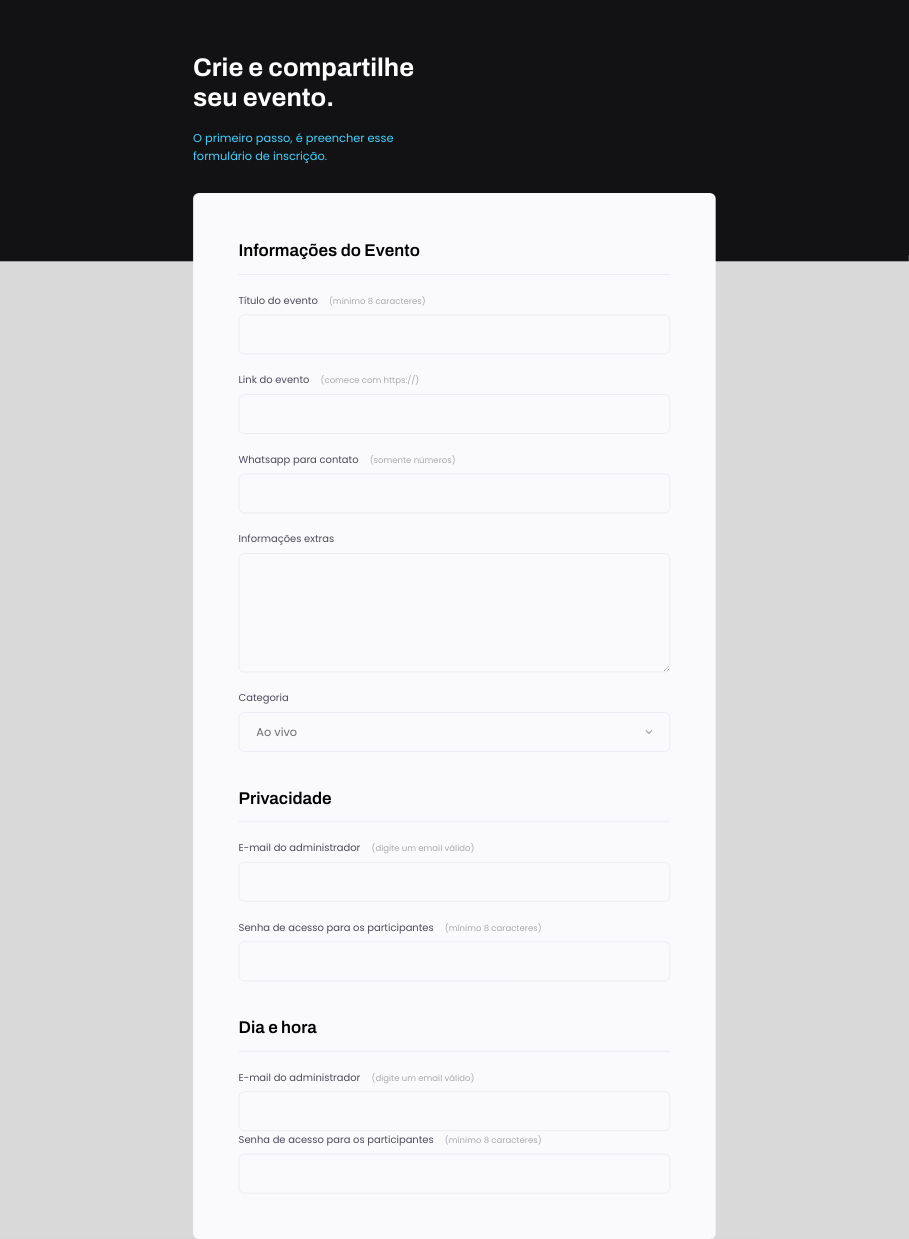
Repository: devMuriloOliveira/Formulario
Page: index.html
An editor plug-in stored every save of this project. The page is shown before and after the next save, followed by the edit.
The browser window is 1280 px wide. The pictures show the whole page, at 71% of full size.

Above is the page before, as saved 2023-11-02 21:11:57.

After the next save:
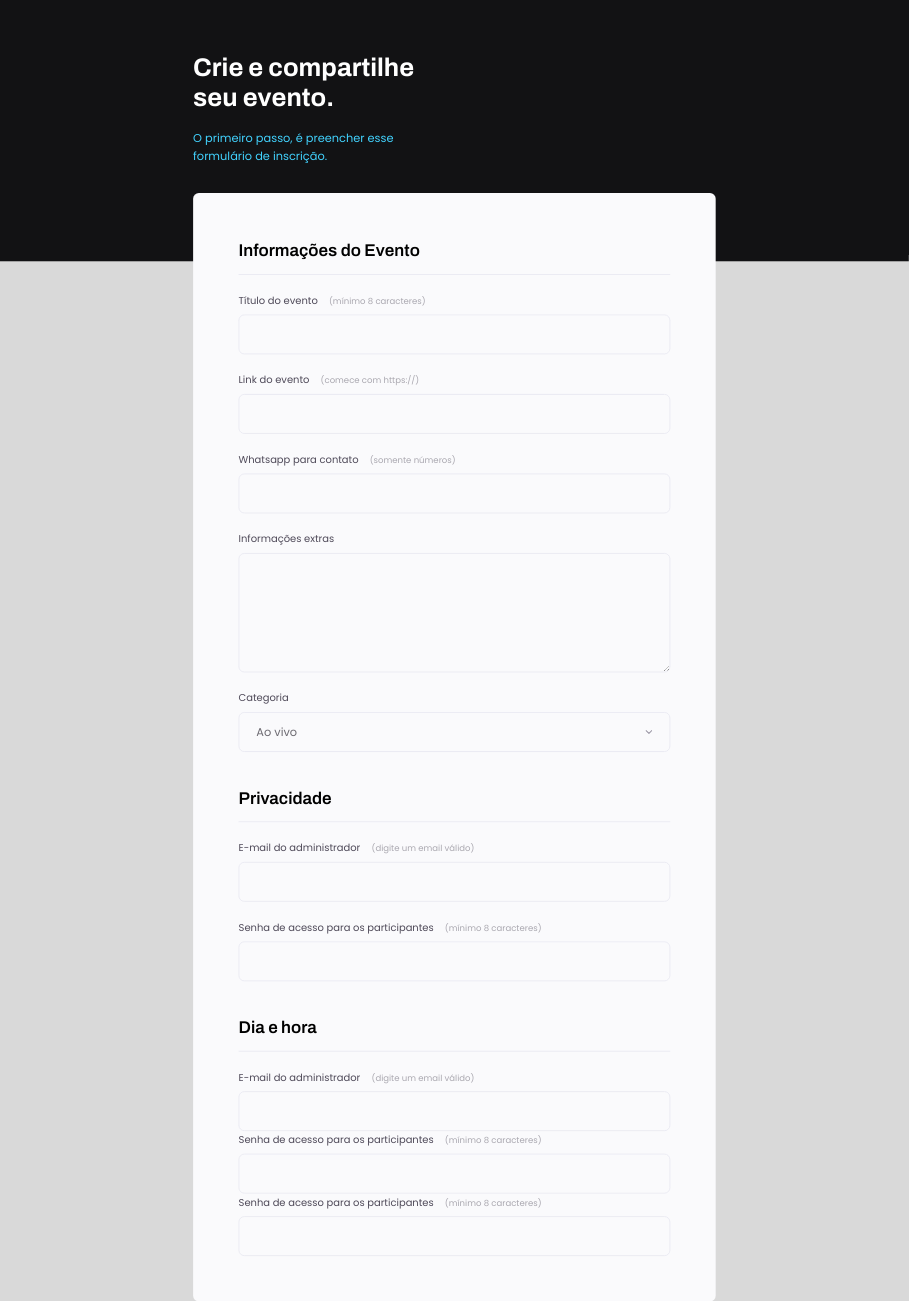
Saved 27 s later.
--- a/index.html
+++ b/index.html
@@ -102,6 +102,14 @@
                 </label>
                 <input type="password" id="event-password" />
               </div>
+
+              <div class="input-wrapper">
+                <label for="event-password">
+                  Senha de acesso para os participantes
+                  <span>(mínimo 8 caracteres)</span>
+                </label>
+                <input type="password" id="event-password" />
+              </div>
             </div>
           </div>
         </fieldset>
